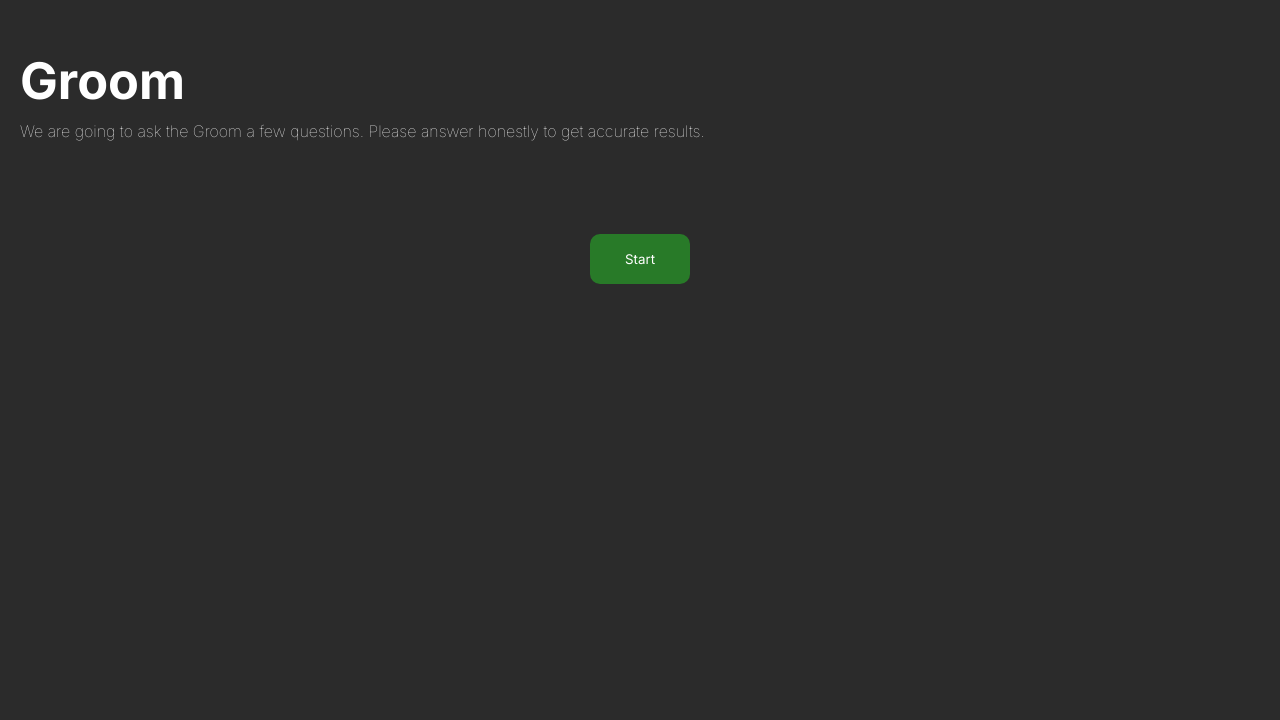
Repository: devhabeeblateef/tictactoe
Page: /
The author's editor kept a copy of each file at every save. The page is drawn from the files as they stood at one save, then again after a run of saves.
The browser window is 1280 px wide. The pictures show the whole page.
The project was rebuilt for these pictures with package versions that can differ from the ones it lists, and the page was loaded fresh each time. Also part of the build but not shown: src/App.css.

Above is the page before, as saved 2022-06-17 01:56:01.

After the next 5 saves:
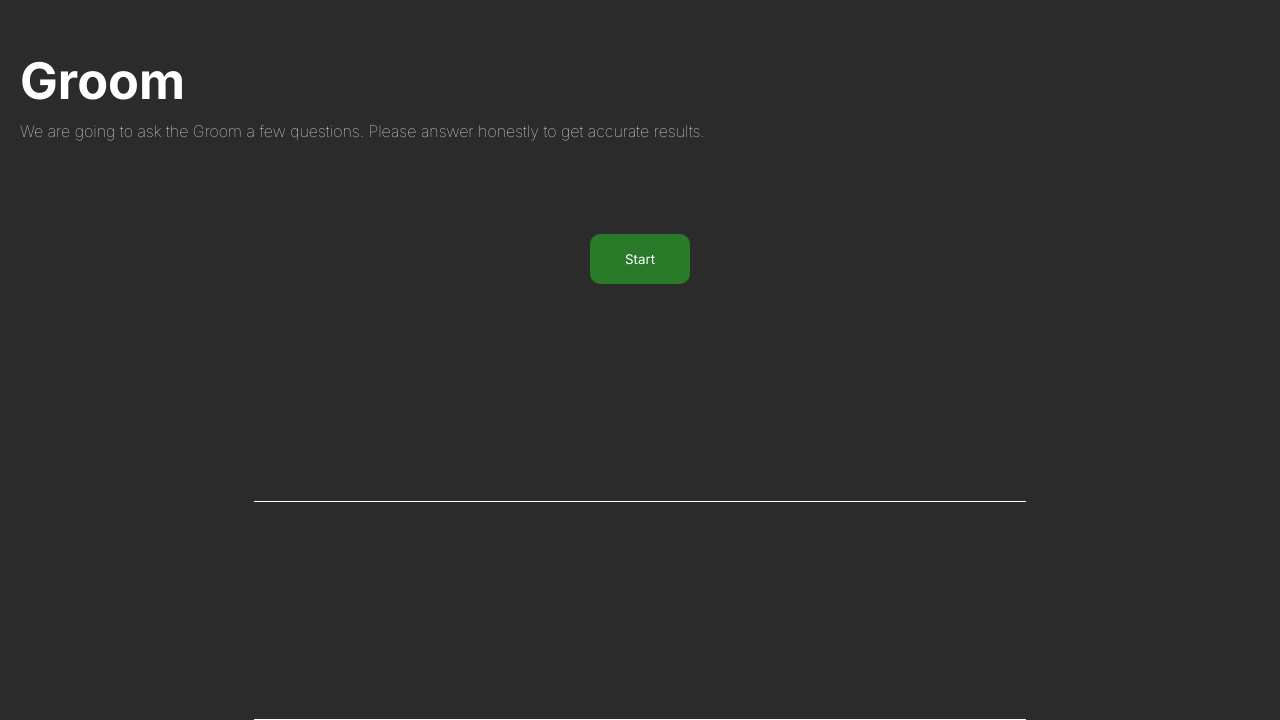
The 5 saves are shown as one change because 1 did not build or start and some came seconds apart.
The last was saved 20 s later.
--- a/src/Form.js
+++ b/src/Form.js
@@ -24,7 +24,10 @@ function Form() {
         <center>
         {started ? <button onClick={start} className={classes.start}>
         Start</button> : ""}
-        {started ? <div></div> : ""}
+        {started ? <div>
+            <Myform/>
+            <Myform/>
+        </div> : ""}
         </center>
     </div>
   )
